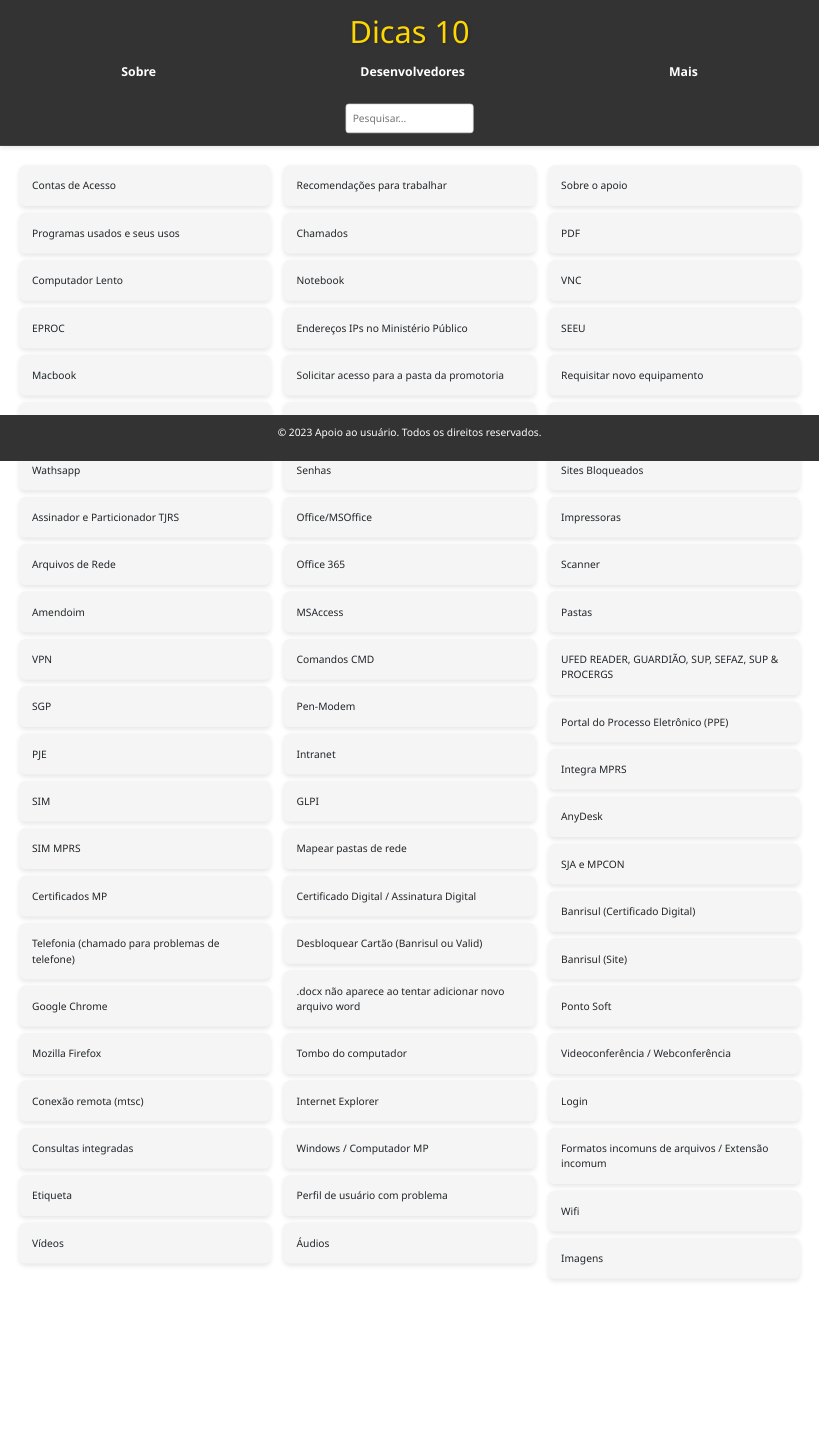
Repository: I4guito/dicasdez
Page: Dicas site/index.html
These files come from the project's save history. The page is drawn as it stood at one moment and after the next save; the edit follows.
The browser window is 1280 px wide. The pictures show the whole page, at 64% of full size.

Above is the page before, as saved 2023-12-11 12:13:37.

### Dicas site/index.html
<!DOCTYPE html>
<html lang="en">
<head>
    <meta charset="UTF-8">
    <meta name="viewport" content="width=device-width, initial-scale=1, shrink-to-fit=no">
    <link rel="stylesheet" href="https://stackpath.bootstrapcdn.com/bootstrap/4.3.1/css/bootstrap.min.css">
    <script src="https://code.jquery.com/jquery-3.3.1.slim.min.js"></script>
    <script src="https://stackpath.bootstrapcdn.com/bootstrap/4.3.1/js/bootstrap.min.js"></script>
    <link rel="stylesheet" href="styles.css">
    <script src="script.js"></script>

    <title>Dicas 10</title>
</head>
<body>
    <header>
        <h1>Dicas 10</h1>
        <nav>
            <ul>
                <li><a href="/Dicas site/Sobre/sobre.html">Sobre </a></li>
                <li><a href="/Dicas site/Desenvolvedores/desen.html">Desenvolvedores</a></li>
                <li><a href="/Dicas site/Mais/Mais.html">Mais</a></li>
            </ul>
        </nav>
        <input type="text" id="searchBar" placeholder="Pesquisar..." oninput="filterItems()">
    </header>

    <main>
        <div class="column" id="column1">
            <div class="box" onclick="openPage('/Dicas site/Dicas/contasacesso')">Contas de Acesso</div>
            <div class="box" onclick="openPage('/Dicas site/programas/programas')">Programas usados e seus usos</div>
            <div class="box" onclick="openPage('Dicas/pclento')">Computador Lento</div>
            <div class="box" onclick="openPage('Dicas/eproc')">EPROC</div>
            <div class="box" onclick="openPage('Dicas/macbook')">Macbook</div>
            <div class="box" onclick="openPage('Dicas/dns')">DNS</div>
            <div class="box" onclick="openPage('Dicas/waths')">Wathsapp</div>
            <div class="box" onclick="openPage('Dicas/tjrsap')">Assinador e Particionador TJRS</div>
            <div class="box" onclick="openPage('Dicas/arquivosderede')">Arquivos de Rede</div>
            <div class="box" onclick="openPage('Dicas/amendoim')">Amendoim</div>
            <div class="box" onclick="openPage('Dicas/vpn')">VPN</div>
            <div class="box" onclick="openPage('Dicas/SGP')">SGP</div>
            <div class="box" onclick="openPage('Dicas/PJE')">PJE</div>
            <div class="box" onclick="openPage('Dicas/SIM')">SIM</div>
            <div class="box" onclick="openPage('Dicas/SIMMPRS')">SIM MPRS</div>
            <div class="box" onclick="openPage('Dicas/certmp')">Certificados MP</div>
            <div class="box" onclick="openPage('Dicas/telefonia')">Telefonia (chamado para problemas de telefone)</div>
            <div class="box" onclick="openPage('Dicas/chrome')">Google Chrome</div>
            <div class="box" onclick="openPage('Dicas/mozilla')">Mozilla Firefox</div>
            <div class="box" onclick="openPage('Dicas/mtsc')">Conexão remota (mtsc)</div>
            <div class="box" onclick="openPage('Dicas/consultasi')">Consultas integradas</div>
            <div class="box" onclick="openPage('Dicas/etiqueta')">Etiqueta</div>
            <div class="box" onclick="openPage('Dicas/sobrevideos')">Vídeos</div>
        </div>

        <div class="column" id="column2">
            <div class="box" onclick="openPage('Dicas/recomenda')">Recomendações para trabalhar</div>
            <div class="box" onclick="openPage('Dicas/chamado')">Chamados</div>
            <div class="box" onclick="openPage('Dicas/notebook')">Notebook</div>
            <div class="box" onclick="openPage('Dicas/ips')">Endereços IPs no Ministério Público</div>
            <div class="box" onclick="openPage('Dicas/pastapro')">Solicitar acesso para a pasta da promotoria</div>
            <div class="box" onclick="openPage('Dicas/pendrive')">Pendrive</div>
            <div class="box" onclick="openPage('Dicas/senhas')">Senhas</div>
            <div class="box" onclick="openPage('Dicas/msoffice')">Office/MSOffice</div>
            <div class="box" onclick="openPage('Dicas/365')">Office 365</div>
            <div class="box" onclick="openPage('Dicas/access')">MSAccess</div>
            <div class="box" onclick="openPage('Dicas/cmd')">Comandos CMD</div>
            <div class="box" onclick="openPage('Dicas/penmodem')">Pen-Modem</div>
            <div class="box" onclick="openPage('Dicas/Intranet')">Intranet</div>
            <div class="box" onclick="openPage('Dicas/GLPI')">GLPI</div>
            <div class="box" onclick="openPage('Dicas/maprede')">Mapear pastas de rede</div>
            <div class="box" onclick="openPage('Dicas/certificadoeassinatura')">Certificado Digital / Assinatura Digital</div>
            <div class="box" onclick="openPage('Dicas/banvalid')">Desbloquear Cartão (Banrisul ou Valid) </div>
            <div class="box" onclick="openPage('Dicas/docxn')">.docx não aparece ao tentar adicionar novo arquivo word</div>
            <div class="box" onclick="openPage('Dicas/tombo')">Tombo do computador</div>
            <div class="box" onclick="openPage('Dicas/explorer')">Internet Explorer</div>
            <div class="box" onclick="openPage('Dicas/windows compmp')">Windows / Computador MP</div>
            <div class="box" onclick="openPage('Dicas/perfilproblema')">Perfil de usuário com problema</div>
            <div class="box" onclick="openPage('Dicas/sobreaudios')">Áudios</div>
        </div>

        <div class="column" id="column3">
            <div class="box" onclick="openPage('Dicas/sapoio')">Sobre o apoio</div>
            <div class="box" onclick="openPage('Dicas/pdf')">PDF</div>
            <div class="box" onclick="openPage('Dicas/vnc')">VNC</div>
            <div class="box" onclick="openPage('Dicas/seeu')">SEEU</div>
            <div class="box" onclick="openPage('Dicas/requisiçãoequip')">Requisitar novo equipamento</div>
            <div class="box" onclick="openPage('Dicas/leitorcartao')">Leitor de Cartão</div>
            <div class="box" onclick="openPage('Dicas/cgasite')">Sites Bloqueados</div>
            <div class="box" onclick="openPage('Dicas/impressoras')">Impressoras</div>
            <div class="box" onclick="openPage('Dicas/scanner')">Scanner</div>
            <div class="box" onclick="openPage('Dicas/pasta')">Pastas</div>
            <div class="box" onclick="openPage('Dicas/alguns sistemas')">UFED READER, GUARDIÃO, SUP, SEFAZ, SUP & PROCERGS</div>
            <div class="box" onclick="openPage('Dicas/PPE')">Portal do Processo Eletrônico (PPE)</div>
            <div class="box" onclick="openPage('Dicas/integra')">Integra MPRS</div>
            <div class="box" onclick="openPage('Dicas/anydesk')">AnyDesk</div>
            <div class="box" onclick="openPage('Dicas/sja')">SJA e MPCON</div>
            <div class="box" onclick="openPage('Dicas/banricert')">Banrisul (Certificado Digital)</div>
            <div class="box" onclick="openPage('Dicas/banrisite')">Banrisul (Site)</div>
            <div class="box" onclick="openPage('Dicas/pontosoft')">Ponto Soft</div>
            <div class="box" onclick="openPage('Dicas/videoconfe')">Videoconferência / Webconferência</div>
            <div class="box" onclick="openPage('Dicas/loginmp')">Login</div>
            <div class="box" onclick="openPage('Dicas/formatosinc')">Formatos incomuns de arquivos / Extensão incomum</div>
            <div class="box" onclick="openPage('Dicas/wifi')">Wifi</div>
            <div class="box" onclick="openPage('Dicas/sobreimagens')">Imagens</div>
        </div>
    </main><br><br><br><br><br><br><br><br><br>


    <footer>
        <p>&copy; 2023 Apoio ao usuário. Todos os direitos reservados.</p>
    </footer>

</body>
</html>

### Dicas site/styles.css
body {
    font-family: 'Segoe UI', Tahoma, Geneva, Verdana, sans-serif;
    margin: 0;
    padding: 0;

}

header {
    background-color: #333;
    color: #fff;
    text-align: center;
    padding: 20px;
    box-shadow: 0 4px 8px rgba(0, 0, 0, 0.1);
}

header h1{
    margin: 0;
    font-size: 3em;
    color: #ffd700; /* Cor amarela */
    text-shadow: 2px 2px 4px rgba(0, 0, 0, 0.2);
}

nav ul {
    list-style-type: none;
    padding: 0;
    display: flex;
    justify-content: space-around;
    margin-top: 10px;
    background-color: #333;
    padding: 10px;
    border-radius: 5px;
}

nav a {
    text-decoration: none;
    color: #fff;
    font-weight: bold;
    font-size: 1.2em;
    transition: color 0.3s ease-in-out;
}

nav a:hover {
    color: #ffd700;
}

input[type="text"] {
    padding: 10px;
    margin-top: 10px;
    width: 200px;
    border: 1px solid #ccc;
    border-radius: 5px;
}

main {
    display: flex;
    justify-content: space-around;
    padding: 20px;
}

.column {
    flex: 1;
}


.box {
    background-color: #f5f5f5;
    padding: 20px;
    margin: 10px;
    cursor: pointer;
    border-radius: 10px;
    box-shadow: 0 4px 8px rgba(0, 0, 0, 0.1);
    transition: background-color 0.3s ease-in-out;
}

.box:hover {
    background-color: #ddd;
}

footer {
    background-color: #333;
    color: #fff;
    text-align: center;
    padding: 1em;
    position: fixed;
    bottom: 0;
    width: 100%;
}

### Dicas site/script.js
function filterItems() {
    var searchBar = document.getElementById('searchBar');
    var filter = searchBar.value.toUpperCase();

    var columns = document.getElementsByClassName('column');
    for (var i = 0; i < columns.length; i++) {
        var boxes = columns[i].getElementsByClassName('box');
        for (var j = 0; j < boxes.length; j++) {
            var item = boxes[j];
            var textValue = item.textContent || item.innerText;
            if (textValue.toUpperCase().indexOf(filter) > -1) {
                item.style.display = "";
            } else {
                item.style.display = "none";
            }
        }
    }
}

function openPage(pageName) {
    window.location.href = pageName + '.html';
}

const isOpera = navigator.userAgent.indexOf("OPR") > -1;

if (isOpera) {
    document.addEventListener("DOMContentLoaded", function () {
        const containers = document.querySelectorAll(".container");
        containers.forEach(function (container) {
            container.style.backgroundColor = "#005c4b";
            container.style.color = "#333";
        });
    });
}

After the next save:
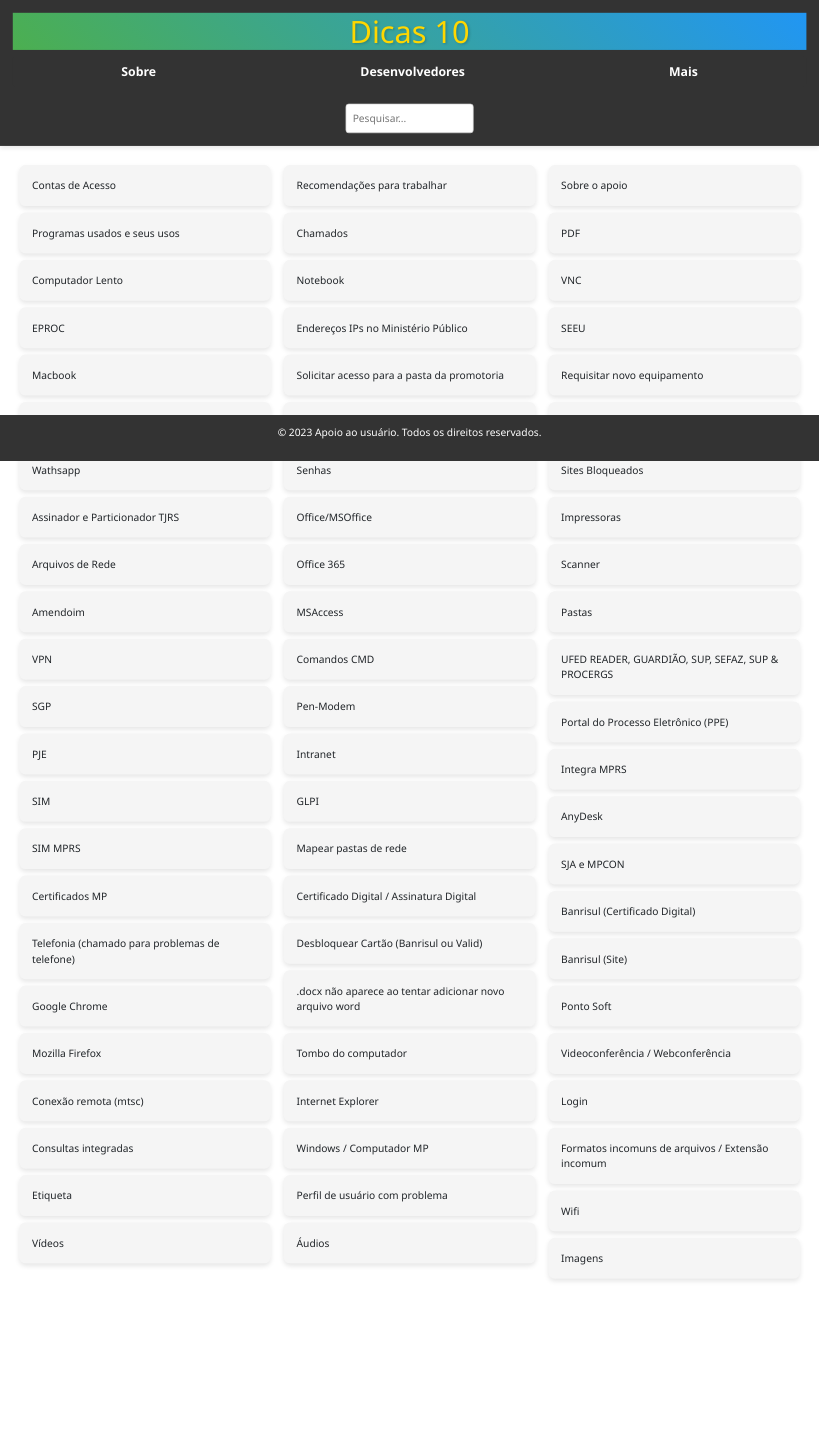
Saved 30 s later.
--- a/Dicas site/styles.css
+++ b/Dicas site/styles.css
@@ -18,6 +18,7 @@ header h1{
     font-size: 3em;
     color: #ffd700; /* Cor amarela */
     text-shadow: 2px 2px 4px rgba(0, 0, 0, 0.2);
+    background: linear-gradient(45deg, #4CAF50, #2196F3);
 }
 
 nav ul {

After the save that followed:
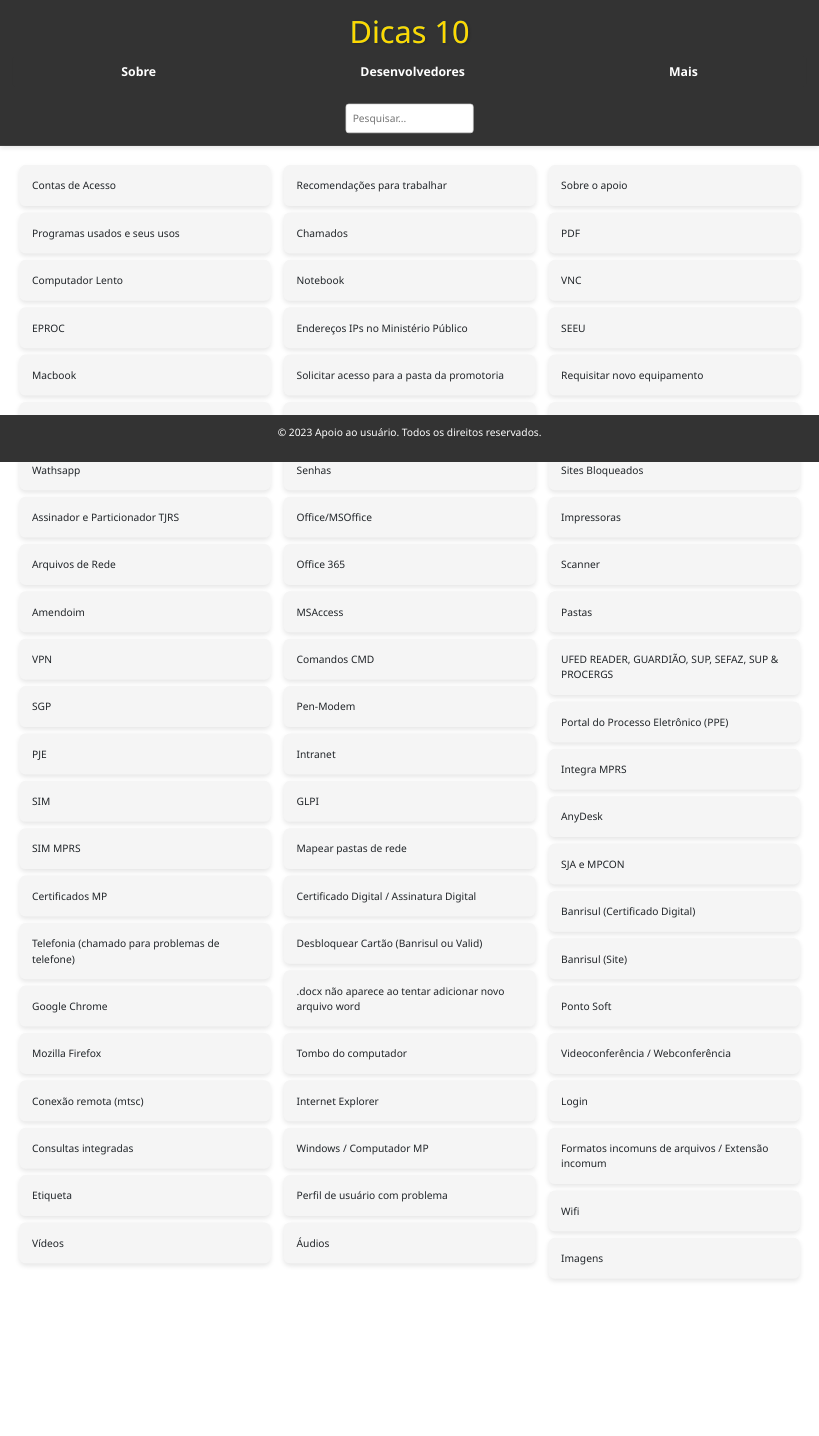
Saved 15 s later.
--- a/Dicas site/styles.css
+++ b/Dicas site/styles.css
@@ -19,6 +19,7 @@ header h1{
     color: #ffd700; /* Cor amarela */
     text-shadow: 2px 2px 4px rgba(0, 0, 0, 0.2);
     background: linear-gradient(45deg, #4CAF50, #2196F3);
+    -webkit-background-clip: text;
 }
 
 nav ul {
